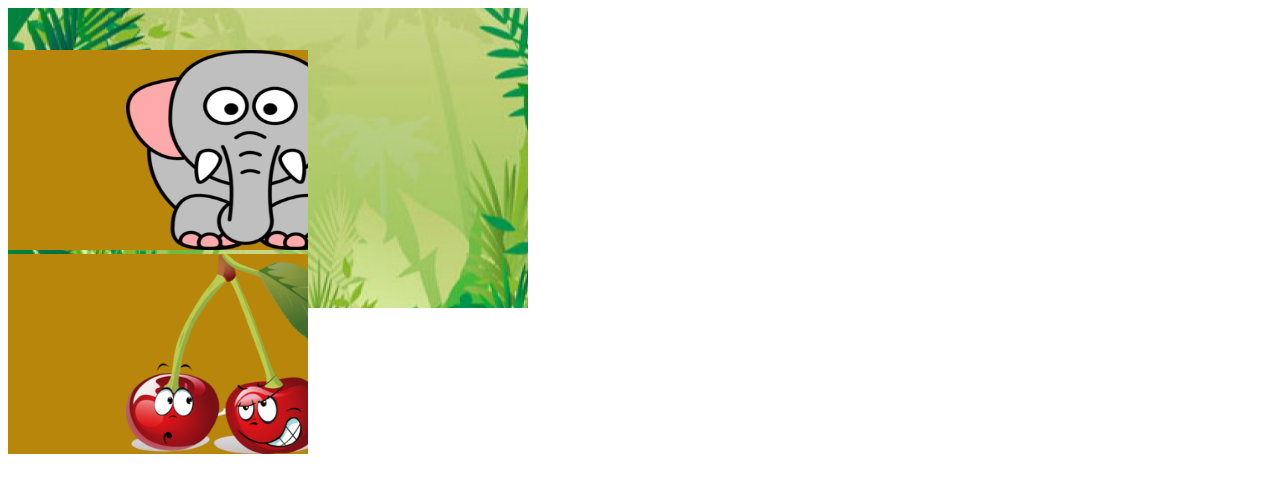
Repository: RathipriyaChandrasekaran/dotlite
Page: ConnectDots/menupage.html
An editor plug-in stored every save of this project. The page is shown before and after the next save, followed by the edit.
The browser window is 1280 px wide. The pictures show the whole page.

Above is the page before, as saved 2014-12-14 18:18:34.

### ConnectDots/menupage.html
<!DOCTYPE html>
<html>
<head>
     <meta charset="utf-8" />
     <meta name="viewport" content="width=device-width, initial-scale=1.0, maximum-scale=1.0">
     <link rel="stylesheet" type="text/css" href="css/appstyle.css"/>
     <script src="js/main.js"></script>
</head>
<body>

 <div id="scroll" class="scope" >

   <div id="filmstrip" class="filmstrip" style= "width:1500px !important;">
    <div id="animallearning" class="scrollable" onclick="animalpage()">
     <img src="images/elephants.png"></img>
     <button class="button" style="width:110px !important;" >Animals</button>
    </div>
    <div id="musiclearning" class="scrollable">
     <img src="images/guitar.png"></img>
     <button class="button" style="width:110px !important;" >Music</button>
    </div>
    <div id="fruitslearning" class="scrollable">
     <img src="images/fruits.png"></img>
     <button class="button" style="width:110px !important;">Fruits</button>
    </div>

   </div>
 </div>
 <canvas id="canvas" width="520px" height="300px"></canvas>



 <script>
 var points=new Array();
 var canvas = document.getElementById('canvas');
 var context = canvas.getContext('2d');
 var height = 300;
 var width = 520;

 context.beginPath();
 context.rect(1, 1, width, height);
 context.fill();
 context.lineWidth = 1;
 context.strokeStyle = 'black';
 context.stroke();

 function loadCanvas(dataURL, _cb) {

     // load image from data url
     var imageObj = new Image();
     imageObj.onload = function() {
         var imgWidth = this.width;
         var imgHeight = this.height;
         var posX = (width - imgWidth)/2;
         var posY = (height - imgHeight)/2;
         context.drawImage(this, -5, posY + 10);
         if (_cb) _cb();
     };

     imageObj.src = dataURL;
 }

loadCanvas("images/jungle.png", function() {

});

function animalpage(){
	window.location.href="animals.html";
}


 </script>
</body>
</html>

### ConnectDots/css/appstyle.css
#backgroundimage{
	display: block;

    background-repeat: no-repeat ;
}

#play{
	position: absolute;
	top: 80px;
	left: 300px;
	width: 100px;
	height: 35px;
}

#pref{
	position : absolute;
	top: 130px;
	left: 300px;
	width: 100px;
	height: 30px;
}
#moregame{
	position : absolute;
	top: 170px;
	left: 300px;
	width: 100px;
	height: 30px;
}

#fullversion{
	position : absolute;
	top: 210px;
	left: 300px;
	width: 100px;
	height: 30px;
}
.button {
   border-top: 1px solid #96d1f8;
   background: #D2691E;
   background: -webkit-gradient(linear, left top, left bottom, from(#3e779d), to(#65a9d7));
   background: -webkit-linear-gradient(top, #3e779d, #65a9d7);
   background: -moz-linear-gradient(top, #3e779d, #65a9d7);
   background: -ms-linear-gradient(top, #3e779d, #65a9d7);
   background: -o-linear-gradient(top, #3e779d, #65a9d7);
   padding: 5px 10px;
   -webkit-border-radius: 8px;
   -moz-border-radius: 8px;
   border-radius: 8px;
   -webkit-box-shadow: rgba(0,0,0,1) 0 1px 0;
   -moz-box-shadow: rgba(0,0,0,1) 0 1px 0;
   box-shadow: rgba(0,0,0,1) 0 1px 0;
   text-shadow: rgba(0,0,0,.4) 0 1px 0;
   color: white;
   font-size: 16px;
   font-family: Georgia, serif;
   text-decoration: bold;
   vertical-align: middle;
   }
.button:hover {
   border-top-color: #28597a;
   background: #28597a;
   color: #ccc;
   }
.button:active {
   border-top-color: #1b435e;
   background: #D2691E;
   }
   .smallbutton {
   border-top: 1px solid #96d1f8;
   background: #65a9d7;
   background: -webkit-gradient(linear, left top, left bottom, from(#3e779d), to(#65a9d7));
   background: -webkit-linear-gradient(top, #3e779d, #65a9d7);
   background: -moz-linear-gradient(top, #3e779d, #65a9d7);
   background: -ms-linear-gradient(top, #3e779d, #65a9d7);
   background: -o-linear-gradient(top, #3e779d, #65a9d7);
   padding: 5px 10px;
   -webkit-border-radius: 8px;
   -moz-border-radius: 8px;
   border-radius: 8px;
   -webkit-box-shadow: rgba(0,0,0,1) 0 1px 0;
   -moz-box-shadow: rgba(0,0,0,1) 0 1px 0;
   box-shadow: rgba(0,0,0,1) 0 1px 0;
   text-shadow: rgba(0,0,0,.4) 0 1px 0;
   color: white;
   font-size: 14px;
   font-family: Georgia, serif;
   text-decoration: none;
   vertical-align: middle;
   }
   .scope{
     position: absolute;
     top: 50px;
     width:300px;
     overflow-x:scroll;
     overflow-y:hidden;
   }

    img{
      top: 20px;
     width: 250px;
     height: 200px;
    }
    .scrollable{
      cursor: pointer;
      background-color: #B8860B;
      width: 1400px;
      height: 200px;
      position: relative;
    }

/**/
.filmstrip>div {
  width:600px !important;
  display:inline-block;
  text-align:center;
}

### ConnectDots/js/main.js
var startTime;
var checkTime;

//Initialize function
var init = function () {
	// TODO:: Do your initialization job
	console.log("init() called");

	// add eventListener for tizenhwkey
	document.addEventListener('tizenhwkey', function(e) {
		if(e.keyName == "back") {
			try {
				tizen.application.getCurrentApplication().exit();
			} catch (error) {
				console.error("getCurrentApplication(): " + error.message);
			}
		}
	});
};
// window.onload can work without <body onload="">
window.onload = init;

function startTime() {
	var today = new Date();
	var h = today.getHours();

	var m = today.getMinutes();
	var s = today.getSeconds();
	m = checkTime(m);
	s = checkTime(s);
	document.getElementById('divbutton1').innerHTML="Current time: " + h + ":" + m + ":" + s;
	var t = setTimeout(startTime, 250);
}

function checkTime(i) {
	if (i < 10) {
		i="0" + i;
	}
	return i;
}

After the next save:
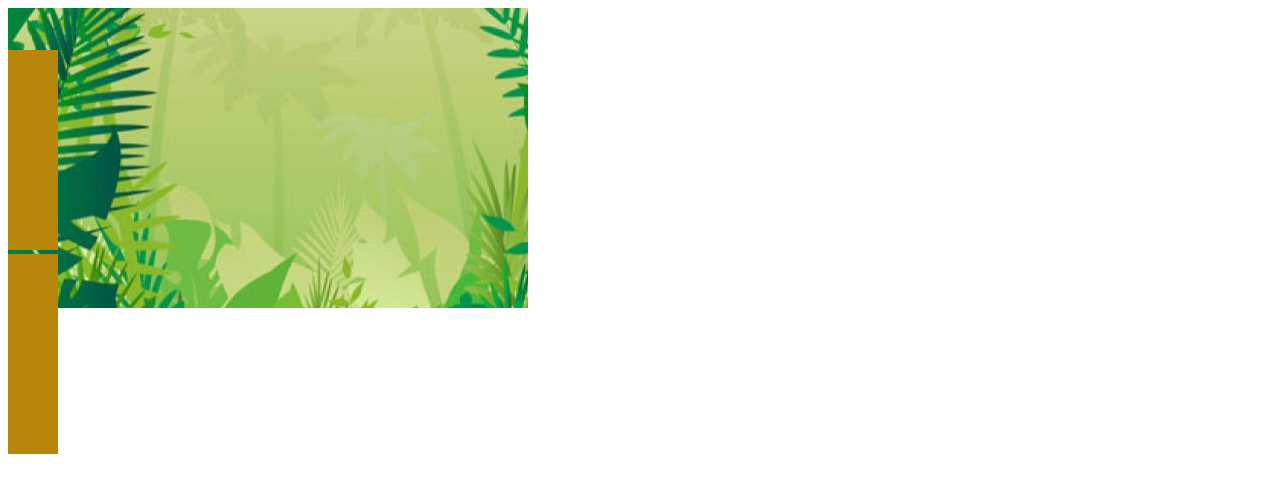
Saved 40 s later.
--- a/ConnectDots/css/appstyle.css
+++ b/ConnectDots/css/appstyle.css
@@ -90,7 +90,7 @@
    .scope{
      position: absolute;
      top: 50px;
-     width:300px;
+     width:50px;
      overflow-x:scroll;
      overflow-y:hidden;
    }
